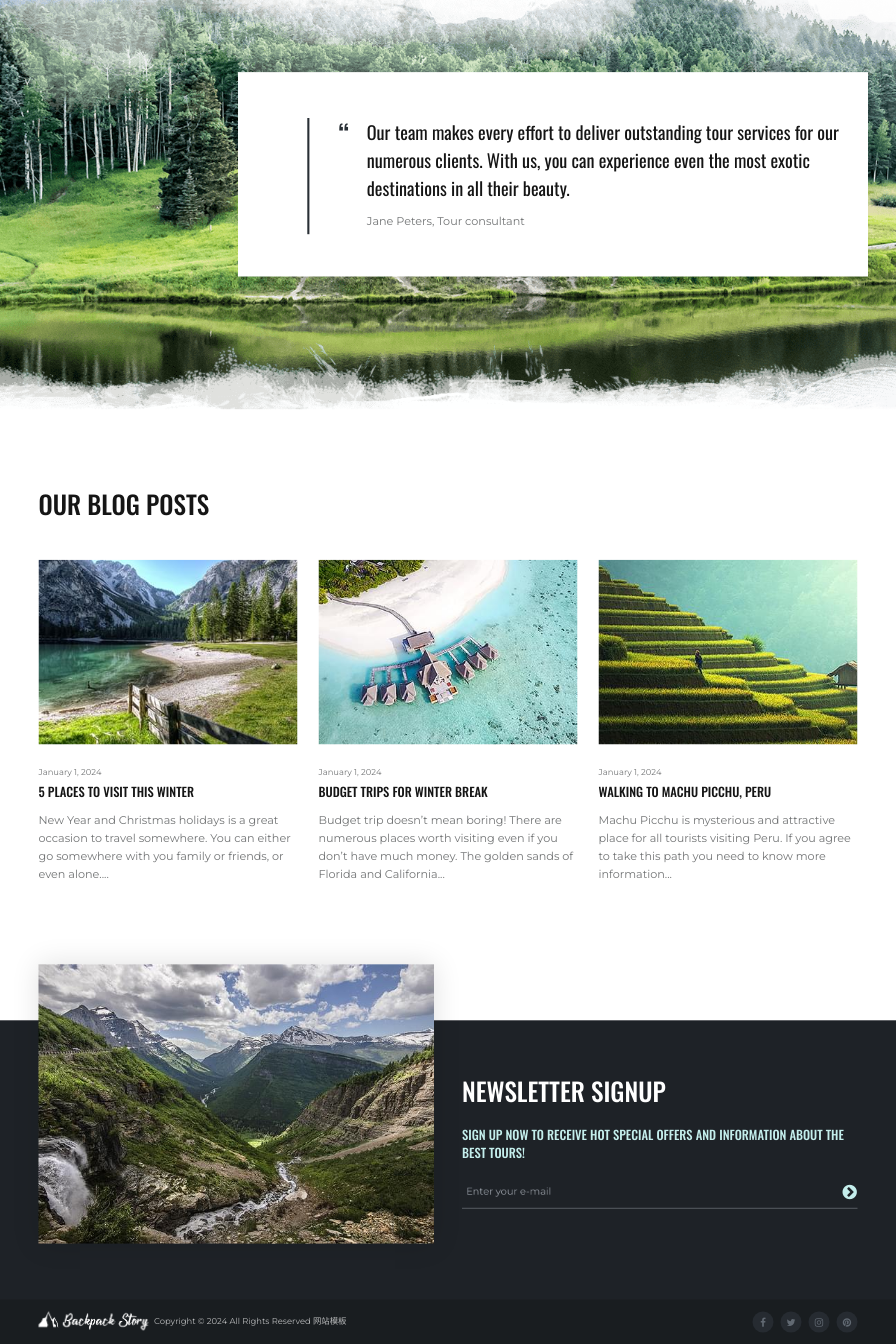
Repository: Jquarker/Modern-Film-Database
Page: index.html
These files come from the project's save history. The page is drawn as it stood at one moment and after the next save; the edit follows.
The browser window is 1280 px wide. The pictures show the part of the page from y = 3862 to 5782 px (the page is 5782 px tall), at 70% of full size.

Above is the page before, as saved 2025-02-21 12:14:03.

### index.html
<!DOCTYPE html>
<html class="wide wow-animation" lang="en">
  <head>
    <title>Home</title>
    <meta charset="utf-8">
    <meta name="viewport" content="width=device-width, height=device-height, initial-scale=1.0">
    <meta http-equiv="X-UA-Compatible" content="IE=edge">
    <link rel="icon" href="images/favicon.ico" type="image/x-icon">
    <link rel="stylesheet" type="text/css" href="https://fonts.googleapis.com/css?family=Oswald:200,300,400,500,700%7CMontserrat:400,500,600">
    <link rel="stylesheet" href="css/bootstrap.css">
    <link rel="stylesheet" href="css/fonts.css">
    <link rel="stylesheet" href="css/style.css">
  </head>
  <body>
    <div class="preloader">
      <div class="preloader-body">
        <div class="cssload-container">
          <div class="cssload-speeding-wheel"></div>
        </div>
        <p>Loading...</p>
      </div>
    </div>
    <div class="page">
      <header class="section page-header">
        <!--RD Navbar-->
        <div class="rd-navbar-wrap">
          <nav class="rd-navbar rd-navbar-classic" data-layout="rd-navbar-fixed" data-sm-layout="rd-navbar-fixed" data-md-layout="rd-navbar-fixed" data-md-device-layout="rd-navbar-fixed" data-lg-layout="rd-navbar-static" data-lg-device-layout="rd-navbar-static" data-xl-layout="rd-navbar-static" data-xl-device-layout="rd-navbar-static" data-lg-stick-up-offset="46px" data-xl-stick-up-offset="46px" data-xxl-stick-up-offset="46px" data-lg-stick-up="true" data-xl-stick-up="true" data-xxl-stick-up="true">
            <div class="rd-navbar-collapse-toggle rd-navbar-fixed-element-1" data-rd-navbar-toggle=".rd-navbar-collapse"><span></span></div>
            <div class="rd-navbar-main-outer">
              <div class="rd-navbar-main">
                <!--RD Navbar Panel-->
                <div class="rd-navbar-panel">
                  <!--RD Navbar Toggle-->
                  <button class="rd-navbar-toggle" data-rd-navbar-toggle=".rd-navbar-nav-wrap"><span></span></button>
                  <!--RD Navbar Brand-->
                  <div class="rd-navbar-brand">
                    <!--Brand--><a class="brand" href="index.html"><p style="font-size: 30px; width: 400px; height:30px;">早期电影史料数据库</p></a>
                  </div>
                </div>
                <div class="rd-navbar-main-element">
                  <div class="rd-navbar-nav-wrap">
                    <ul class="rd-navbar-nav">
                      <li class="rd-nav-item active"><a class="rd-nav-link" href="index.html">Home</a>
                      </li>
                      <li class="rd-nav-item"><a class="rd-nav-link" href="about.html">About</a>
                      </li>
                      <li class="rd-nav-item"><a class="rd-nav-link" href="tours.html">Tours</a>
                        <ul class="rd-menu rd-navbar-dropdown">
                          <li class="rd-dropdown-item"><a class="rd-dropdown-link" href="single-tour.html">Single Tour</a>
                          </li>
                        </ul>
                      </li>
                      <li class="rd-nav-item"><a class="rd-nav-link" href="services.html">Services</a>
                        <ul class="rd-menu rd-navbar-dropdown">
                          <li class="rd-dropdown-item"><a class="rd-dropdown-link" href="single-service.html">Single Service</a>
                          </li>
                        </ul>
                      </li>
                      <li class="rd-nav-item"><a class="rd-nav-link" href="#">Pages</a>
                        <ul class="rd-menu rd-navbar-megamenu">
                          <li class="rd-megamenu-item">
                            <h6 class="rd-megamenu-title"><a href="pages-1.html">Pages 1</a></h6>
                            <ul class="rd-megamenu-list">
                              <li class="rd-megamenu-list-item"><a class="rd-megamenu-list-link" href="typography.html">Typography</a></li>
                              <li class="rd-megamenu-list-item"><a class="rd-megamenu-list-link" href="buttons.html">Buttons</a></li>
                              <li class="rd-megamenu-list-item"><a class="rd-megamenu-list-link" href="forms.html">Forms</a></li>
                              <li class="rd-megamenu-list-item"><a class="rd-megamenu-list-link" href="tabs-and-accordions.html">Tabs and accordions</a></li>
                              <li class="rd-megamenu-list-item"><a class="rd-megamenu-list-link" href="progress-bars.html">Progress bars</a></li>
                              <li class="rd-megamenu-list-item"><a class="rd-megamenu-list-link" href="tables.html">Tables</a></li>
                            </ul>
                          </li>
                          <li class="rd-megamenu-item">
                            <h6 class="rd-megamenu-title">Pages 2</h6>
                            <ul class="rd-megamenu-list">
                              <li class="rd-megamenu-list-item"><a class="rd-megamenu-list-link" href="grid-system.html">Grid system</a></li>
                              <li class="rd-megamenu-list-item"><a class="rd-megamenu-list-link" href="privacy-policy.html">Privacy policy</a></li>
                              <li class="rd-megamenu-list-item"><a class="rd-megamenu-list-link" href="search-results.html">Search results</a></li>
                              <li class="rd-megamenu-list-item"><a class="rd-megamenu-list-link" href="under-construction.html">Under-construction</a></li>
                            </ul>
                          </li>
                        </ul>
                      </li>
                      <li class="rd-nav-item"><a class="rd-nav-link" href="contacts.html">Contacts</a>
                      </li>
                    </ul>
                  </div>
                  <!--RD Navbar Search-->
                  <div class="rd-navbar-search">
                    <button class="rd-navbar-search-toggle rd-navbar-fixed-element-2" data-rd-navbar-toggle=".rd-navbar-search"><span></span></button>
                    <form class="rd-search" action="search-results.html" data-search-live="rd-search-results-live" method="GET">
                      <div class="form-wrap">
                        <label class="form-label" for="rd-navbar-search-form-input">Search...</label>
                        <input class="rd-navbar-search-form-input form-input" id="rd-navbar-search-form-input" type="text" name="s" autocomplete="off">
                        <div class="rd-search-results-live" id="rd-search-results-live"></div>
                      </div>
                      <button class="rd-search-form-submit fa-search" type="submit"></button>
                    </form>
                  </div>
                </div>
              </div>
            </div>
          </nav>
        </div>
      </header>
      <!--Swiper-->
      <section class="section swiper-container swiper-slider swiper-slider-1" data-autoplay="5000" data-swiper='{"simulateTouch":false,"speed":500}'>
        <div class="swiper-wrapper text-center">
          <div class="swiper-slide context-dark" data-slide-bg="images/test1.png"><!--宣传图-->
            <div class="swiper-slide-caption section-md">
              <div class="container">
                <div class="row justify-content-lg-center">
                  <div class="col-lg-8">
                    <!--<div class="intro-box">
                      <div class="intro-box__floating-text">Journey</div>
                      <div class="intro-box__title"><span data-caption-animate="fadeInUp" data-caption-delay="200">Exploring</span><span data-caption-animate="fadeInUp" data-caption-delay="300">the world</span></div>
                      <div class="intro-box__video" data-caption-animate="fadeInUp" data-caption-delay="400"><a href="#" data-lightgallery="item">Watch the video</a></div>
                    </div>-->
                  </div>
                </div>
              </div>
            </div>
          </div>
          <div class="swiper-slide context-dark" data-slide-bg="images/test2.png">
            <div class="swiper-slide-caption section-md">
              <div class="container">
                <div class="row justify-content-lg-center">
                  <div class="col-lg-8">
                    <!--<div class="intro-box">
                      <div class="intro-box__floating-text">Journey</div>
                      <div class="intro-box__title"><span data-caption-animate="fadeInUp" data-caption-delay="200">Best</span><span data-caption-animate="fadeInUp" data-caption-delay="300">Destinations</span></div>
                      <div class="intro-box__video" data-caption-animate="fadeInUp" data-caption-delay="400"><a href="#" data-lightgallery="item">Watch the video</a></div>
                    </div>-->
                  </div>
                </div>
              </div>
            </div>
          </div>
          <div class="swiper-slide context-dark" data-slide-bg="images/test3.png">
            <div class="swiper-slide-caption section-md">
              <div class="container">
                <div class="row justify-content-lg-center">
                  <div class="col-lg-8">
                    <!--<div class="intro-box">
                      <div class="intro-box__floating-text">Journey</div>
                      <div class="intro-box__title"><span data-caption-animate="fadeInUp" data-caption-delay="200">Memorable</span><span data-caption-animate="fadeInUp" data-caption-delay="300">Experiences</span></div>
                      <div class="intro-box__video" data-caption-animate="fadeInUp" data-caption-delay="400"><a href="#" data-lightgallery="item">Watch the video</a></div>
                    </div>-->
                  </div>
                </div>
              </div>
            </div>
          </div>
        </div>
        <!--Swiper Pagination-->
        <div class="swiper-pagination"></div>
        <!--Swiper Navigation-->
        <div class="swiper-button-prev fa-arrow-left"></div>
        <div class="swiper-button-next fa-arrow-right"></div>
      </section>
      <!--Way to Travel-->
      <section class="section section-custom-1 bg-image-1">
        <div class="container">
          <div class="row row-30">
            <div class="col-xl-5 position-relative">
              <h2><span class="wow fadeInLeft d-xl-block">Explore a different</span><span class="wow fadeInLeft d-xl-block" data-wow-delay=".2s">way to travel</span></h2>
              <p class="wow fadeInLeft offset-xl" data-wow-delay=".3s">Discover new cultures and have a wonderful rest with Backpack Story! Select the country you’d like to visit and provide our agents with estimated time – they’ll find and offer the most suitable tours and hotels.</p>
              <p class="wow fadeInLeft" data-wow-delay=".4s">During our work, we organized countless journeys for our clients. We started as a small tour bureau, and soon we expanded our offers list. Today we have valuable experience travelling and we can advise the most stunning resorts, cities and countries to visit!</p>
              <div class="offset-top-25 wow fadeInUp" data-wow-delay=".5s"><img src="images/signature-1-113x66.png" alt="" width="113" height="66"/>
              </div>
            </div>
            <div class="col-xl-7 position-relative">
              <div class="image-box inset-xl-1 wow fadeInUp">
                <div class="image-box__static"><img src="images/img-2-home-364x459.jpg" alt="" width="364" height="459"/>
                </div>
                <div class="image-box__float"><img src="images/img-1-home-364x459.jpg" alt="" width="364" height="459"/>
                </div>
              </div>
            </div>
          </div>
        </div>
      </section>
      <!--Call to action creative-->
      <section class="section bg-image-2 section-lg">
        <div class="container">
          <div class="row row-30 flex-column-reverse flex-lg-row">
            <div class="col-lg-4 d-flex flex-column justify-content-lg-center justify-content-xl-end wow fadeInLeft z-index align-items-center"><a class="floating-video-box" href="#" data-lightgallery="item"><img src="images/video-overlay-370x288.jpg" alt="" width="370" height="288"/><span class="icon fa fa-play"></span></a></div>
            <div class="col-lg-8 column-bg-1">
              <div class="quote-classic-wrap">
                <div class="heading-4 wow fadeInUp">At Backpack Story, we personally plan and create all our tours to offer flexibility and unique impressions that you won't get anywhere else. Moreover, each tour is tailor-made for our customers to provide the experience they are looking for.</div>
                <p class="fst-italicwow fadeInUp" data-wow-delay=".2s">John Wilson, Agency director</p>
              </div>
            </div>
          </div>
        </div>
      </section>
      <!--Advantages-->
      <section class="section section-md bg-default">
        <div class="container">
          <div class="row row-30">
            <div class="col-lg-4 wow fadeInUp" data-wow-delay=".2s">
              <h2><a href="#">01. best Hotels</a></h2>
              <p class="offset-xl">We guarantee the best hotels and very comfortable rooms, which will be appreciated by every traveller. You will be absolutely happy with the hotel and will have a wonderful vacation there.</p>
            </div>
            <div class="col-lg-4 wow fadeInUp" data-wow-delay=".3s">
              <h2><a href="#">02. Tourist Guide</a></h2>
              <p class="offset-xl">We provide our clients with such a service as Tourist Guide. Its main goal is to ensure people with all necessary information any time it's needed. This service is similar to Customer Support with emphasis on travelling.</p>
            </div>
            <div class="col-lg-4 wow fadeInUp" data-wow-delay=".4s">
              <h2><a href="#">03. Flights Tickets</a></h2>
              <p class="offset-xl">You can book tickets on any plane online via our booking system. Here you have an opportunity to select your transport operator. Our representatives will help you with the details.</p>
            </div>
          </div>
        </div>
      </section>
      <!--Tours-->
      <section class="section section-lg bg-image-3">
        <div class="creative-bg">
          <div class="container">
            <div class="row justify-content-center" data-lightgallery="group">
              <div class="col-sm-4">
                <a class="info-box-classic" href="images/4_1.jpg" data-lightgallery="item">
                  <img src="images/4_1.jpg" alt="" class="img-fluid" width="370" height="510"/>
                  <div class="info-box-classic__description">
                    <div class="heading-4">透明的上海</div>
                  </div>
                </a>
              </div>
              <div class="col-sm-4">
                <a class="info-box-classic" href="images/4_2.jpg" data-lightgallery="item">
                  <img src="images/4_2.jpg" alt="" class="img-fluid" width="370" height="510"/>
                  <div class="info-box-classic__description">
                    <div class="heading-4">希望在人间</div>
                  </div>
                </a>
              </div>
              <div class="col-sm-4">
                <a class="info-box-classic" href="images/4_3.jpg" data-lightgallery="item">
                  <img src="images/4_3.jpg" alt="" class="img-fluid" width="370" height="510"/>
                  <div class="info-box-classic__description">
                    <div class="heading-4">金粉霓裳</div>
                  </div>
                </a>
              </div>
            </div>
          </div>
        </div>
      </section>
      <!--Info Section-->
      <section class="section section-md bg-default">
        <div class="container">
          <h2>早期影片专题数据库</h2>
          <div class="row row-40 offset-lg">
            <div class="col-xl-6 wow fadeInLeft">
              <p>于影史长河中打捞起一帧帧历史影像意义重大，中国早期电影于光影流动之间默默陈述着政治、经济、文化、军事等多重场域的关联与互构。影片专题库数据除电影名称、出品年份、主创人员、创作历程等基本信息梳理外，对影片相关的影像资料、拷贝实物、电影剧本、图片资料、口述采访、典章记载、著述文论等重要史料进行再度考证整编，极力展拓影片的史料维度，以期为重述影史提供更为宽泛有力的实证性基础。</p>
            </div>
          </div>
          <h2>Early Film Special Database</h2>
          <div class="row row-40 offset-lg">
            <div class="col-xl-6 wow fadeInLeft">
              <p>Picking up frames of historical images in the long river of film history is of great significance. Early Chinese films
              silently state the connections and constructions of multiple fields such as politics, economy, culture, and military
              through the flow of light and shadow. In addition to sorting out basic information such as the film name, production
              year, main creators, and creative process, the film thematic database also re examines and compiles important historical
              materials related to the film, including visual materials, physical copies, film scripts, image materials, oral
              interviews, legal records, and written essays, in order to expand the historical dimensions of the film and provide a
              broader and more powerful empirical basis for retelling film history.
              </p>
            </div>
          </div>
        </div>
      </section>
      <section class="section section-lg bg-image-4">
        <div class="container">
          <div class="row justify-content-xl-end">
            <div class="col-xl-9 column-bg-2">
              <div class="quote-classic-wrap">
                <div class="heading-4 wow fadeInUp">Our team makes every effort to deliver outstanding tour services for our numerous clients. With us, you can experience even the most exotic destinations in all their beauty.</div>
                <p class="fst-italicwow fadeInUp" data-wow-delay=".2s">Jane Peters, Tour consultant</p>
              </div>
            </div>
          </div>
        </div>
      </section>
      <!--Blog Post-->
      <section class="section section-lg">
        <div class="container">
          <h2 class="text-center text-md-start">Our blog posts</h2>
          <div class="row row-30">
            <div class="col-lg-4 col-md-6">
              <div class="post-classic"><a class="post-classic__media" href="#"><img src="images/blog-post-1-370x264.jpg" alt="" width="370" height="264"/></a>
                <div class="post-classic-caption"><span>January 1, 2024</span>
                  <h5><a href="#">5 PLACES TO VISIT THIS WINTER</a></h5>
                  <p>New Year and Christmas holidays is a great occasion to travel somewhere. You can either go somewhere with you family or friends, or even alone....</p>
                </div>
              </div>
            </div>
            <div class="col-lg-4 col-md-6">
              <div class="post-classic"><a class="post-classic__media" href="#"><img src="images/blog-post-2-370x264.jpg" alt="" width="370" height="264"/></a>
                <div class="post-classic-caption"><span>January 1, 2024</span>
                  <h5><a href="#">Budget Trips for Winter Break</a></h5>
                  <p>Budget trip doesn’t mean boring! There are numerous places worth visiting even if you don’t have much money. The golden sands of Florida and California...</p>
                </div>
              </div>
            </div>
            <div class="col-lg-4 col-md-6">
              <div class="post-classic"><a class="post-classic__media" href="#"><img src="images/blog-post-3-370x264.jpg" alt="" width="370" height="264"/></a>
                <div class="post-classic-caption"><span>January 1, 2024</span>
                  <h5><a href="#">Walking to Machu Picchu, Peru</a></h5>
                  <p>Machu Picchu is mysterious and attractive place for all tourists visiting Peru. If you agree to take this path you need to know more information...</p>
                </div>
              </div>
            </div>
          </div>
        </div>
      </section>
      <!--Footer-->
      <footer class="section footer-classic context-dark">
        <div class="container">
          <div class="row row-narrow-40 row-30">
            <div class="col-lg-6 text-center wow fadeInLeft" data-wow-delay=".1s">
              <div class="footer-media"><img src="images/footer-img-570x402.jpg" alt="" width="570" height="402"/>
              </div>
            </div>
            <div class="col-lg-6 wow fadeInRight" data-wow-delay=".2s">
              <div class="footer-classic_subscribe">
                <h2>Newsletter Signup</h2>
                <h5 class="text-primary">SIGN UP NOW TO RECEIVE HOT SPECIAL OFFERS AND INFORMATION ABOUT THE BEST TOURS!</h5>
                <form class="rd-form rd-mailform rd-form-inline subscribe-form" data-form-output="form-output-global" data-form-type="subscribe" method="post" action="bat/rd-mailform.php">
                  <div class="form-wrap">
                    <input class="form-input" id="subscribe-form-email-5" type="email" name="email" data-constraints="@Email @Required">
                    <label class="form-label" for="subscribe-form-email-5">Enter your e-mail</label>
                    <div class="form-button">
                      <button class="button button-primary fa fa-chevron-circle-right" type="submit"></button>
                    </div>
                  </div>
                </form>
              </div>
            </div>
          </div>
        </div>
        <div class="footer-classic-aside">
          <div class="container">
            <div class="row justify-content-between flex-column-reverse flex-md-row row-20">
              <div class="col-xl-6 col-md-8">
                <div class="footer-classic-aside__group">
                  <!--Brand--><a class="brand" href="index.html"><img class="brand-logo-dark" src="images/logo-default-225x39.png" alt="" width="112" height="19"/><img class="brand-logo-light" src="images/logo-default-225x39.png" alt="" width="112" height="19"/></a>
                  <p class="rights"><span>Copyright</span><span>&nbsp;</span><span>&copy;&nbsp;</span><span class="copyright-year"></span><span>&nbsp;</span><span>All Rights Reserved</span> <a target="_blank" href="https://www.mobanwang.com/" title="网站模板">网站模板</a></p>
                </div>
              </div>
              <div class="col-xl-3 col-md-4">
                <ul class="social-list">
                  <li class="wow fadeInUp" data-wow-delay=".1s"><a href="#"><span class="icon fa fa-facebook"></span></a></li>
                  <li class="wow fadeInUp" data-wow-delay=".2s"><a href="#"><span class="icon fa fa-twitter"></span></a></li>
                  <li class="wow fadeInUp" data-wow-delay=".3s"><a href="#"><span class="icon fa fa-instagram"></span></a></li>
                  <li class="wow fadeInUp" data-wow-delay=".4s"><a href="#"><span class="icon fa fa-pinterest"></span></a></li>
                </ul>
              </div>
            </div>
          </div>
        </div>
      </footer>
    </div>
    <div class="snackbars" id="form-output-global"></div>
    <script src="js/core.min.js"></script>
    <script src="js/script.js"></script>
  </body>
</html>

Loaded but not shown: css/bootstrap.css (library); css/fonts.css (library); css/style.css (library); js/core.min.js (library); js/script.js (1533 lines, source omitted)

After the next save:
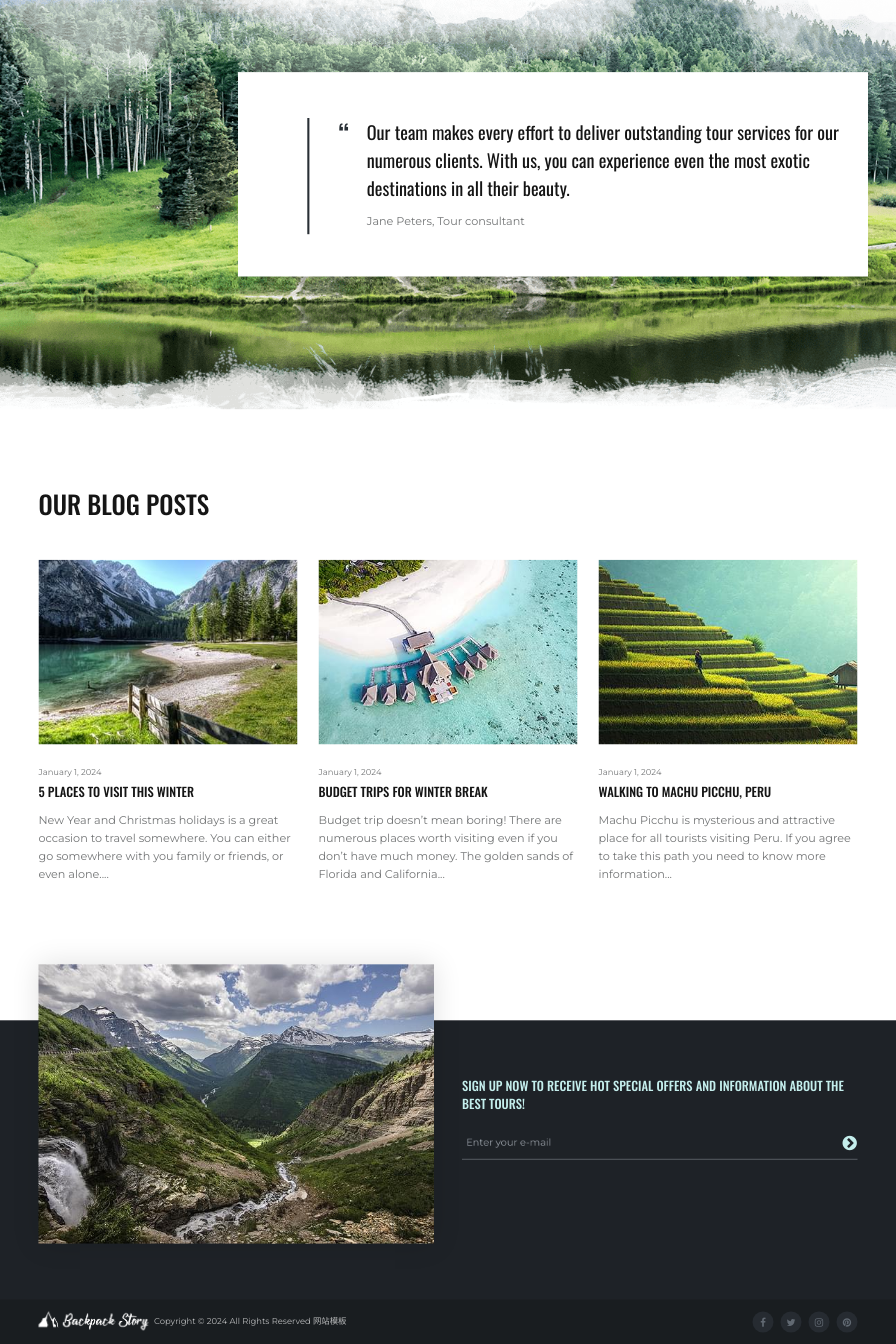
Saved 53 s later.
--- a/index.html
+++ b/index.html
@@ -323,7 +323,7 @@
             </div>
             <div class="col-lg-6 wow fadeInRight" data-wow-delay=".2s">
               <div class="footer-classic_subscribe">
-                <h2>Newsletter Signup</h2>
+
                 <h5 class="text-primary">SIGN UP NOW TO RECEIVE HOT SPECIAL OFFERS AND INFORMATION ABOUT THE BEST TOURS!</h5>
                 <form class="rd-form rd-mailform rd-form-inline subscribe-form" data-form-output="form-output-global" data-form-type="subscribe" method="post" action="bat/rd-mailform.php">
                   <div class="form-wrap">
